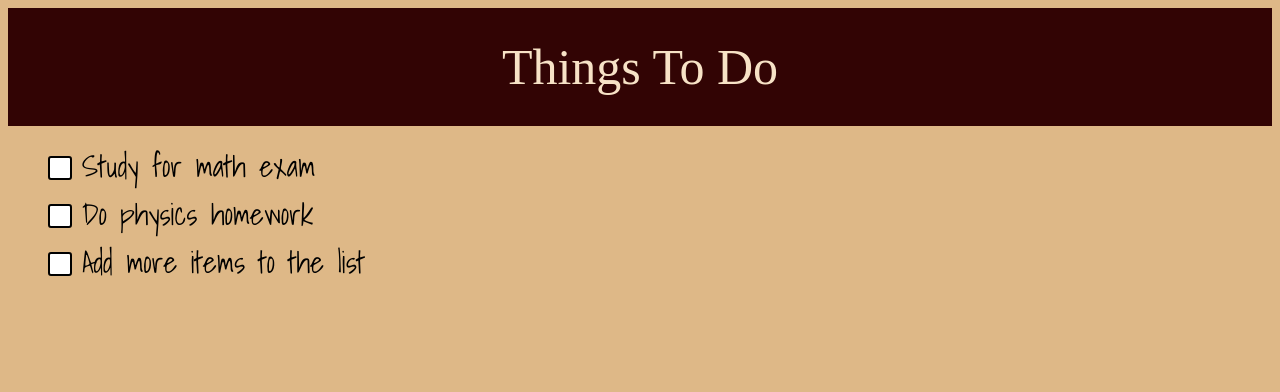
Repository: riya10483/pomodoro
Page: todo.html
These files come from the project's save history. The page is drawn as it stood at one moment and after a run of saves; the edit follows.
The browser window is 1280 px wide. The pictures show the whole page.
Some web fonts or font styles are not loaded; a fallback is used.

Above is the page before, as saved 2024-09-28 21:38:16.

After the next 2 saves:
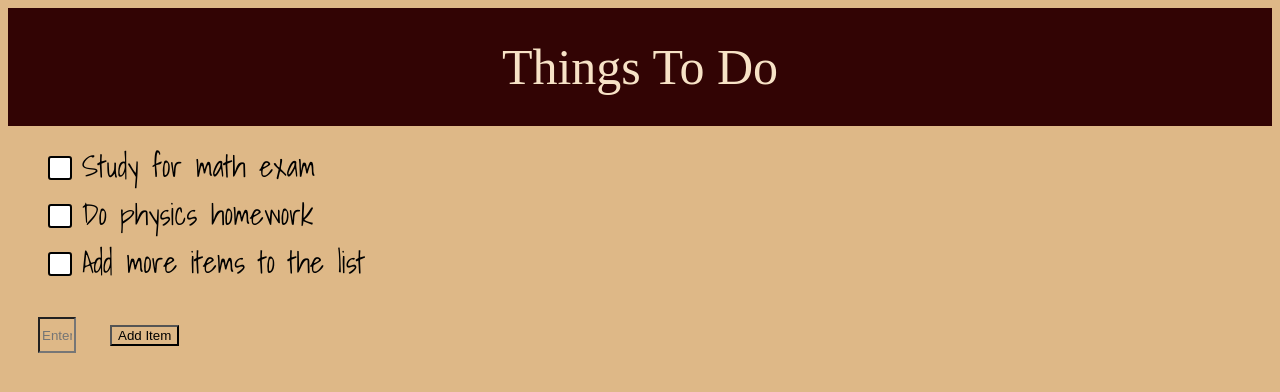
The 2 saves are shown as one change because they came seconds apart.
The last was saved 10 s later.
--- a/todo.html
+++ b/todo.html
@@ -23,6 +23,8 @@
         <li><input type="checkbox" id="item3" onclick="strikeThrough(this)"><label for="item3">Add more items to the list</label></li>
     </ul>
 
+    <input type="text" id="newItemText" placeholder="Enter new checklist item">
+    <button onclick="addItem()">Add Item</button>
 
     <script src="functions.js"></script>
 </body>
